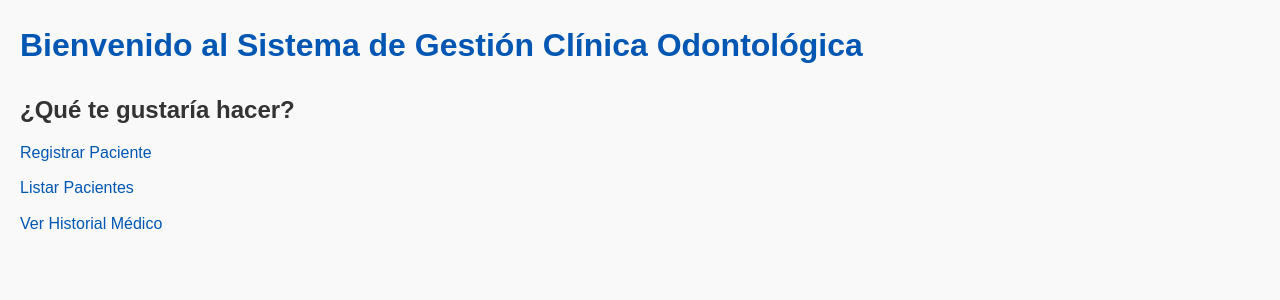
Repository: Aimarvera/LPII_EF_VeraDuran
Page: http://localhost/index
An editor plug-in stored every save of this project. The page is shown before and after the next save, followed by the edit.
The browser window is 1280 px wide. The pictures show the whole page.
The page is this project's Thymeleaf template; nobody is signed in. The template is opened directly, without the code that normally fills it, so the values that code supplies are empty.

Above is the page before, as saved 2024-10-24 03:32:25.

After the next save:
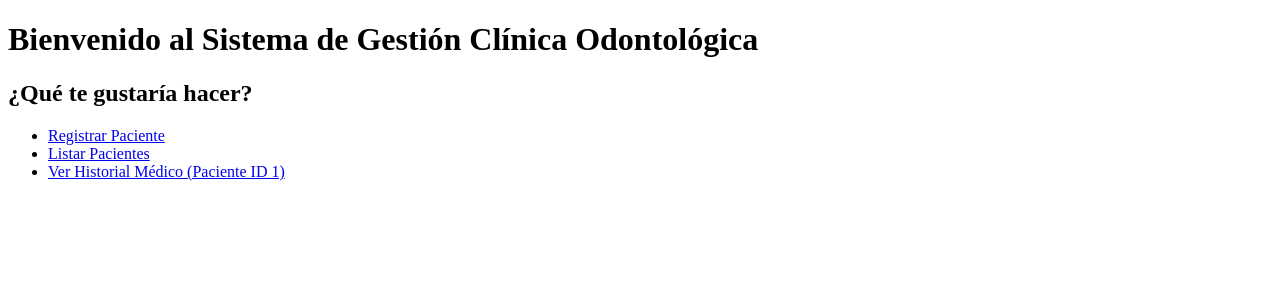
Saved 36 s later.
--- a/Clinica/src/main/resources/templates/index.html
+++ b/Clinica/src/main/resources/templates/index.html
@@ -3,16 +3,20 @@
 <head>
     <meta charset="UTF-8">
     <title>Página Principal - Sistema de Gestión Clínica Odontológica</title>
-    <link rel="stylesheet" type="text/css" href="/css/index.css">
 </head>
 <body>
     <h1>Bienvenido al Sistema de Gestión Clínica Odontológica</h1>
     <h2>¿Qué te gustaría hacer?</h2>
 
     <ul>
-        <li><a th:href="@{/pacientes/RegistrarPaciente}">Registrar Paciente</a></li>
+        <!-- Redirige al formulario de registrar paciente -->
+        <li><a th:href="@{/pacientes/registrar}">Registrar Paciente</a></li>
+
+        <!-- Redirige a la lista de pacientes -->
         <li><a th:href="@{/pacientes/listar}">Listar Pacientes</a></li>
-        <li><a th:href="@{/pacientes/historial/1}">Ver Historial Médico</a></li> <!-- Cambiar el ID según sea necesario -->
+
+        <!-- Ejemplo para ver el historial médico de un paciente con ID 1 -->
+        <li><a th:href="@{/pacientes/historial/1}">Ver Historial Médico (Paciente ID 1)</a></li>
     </ul>
 </body>
 </html>
